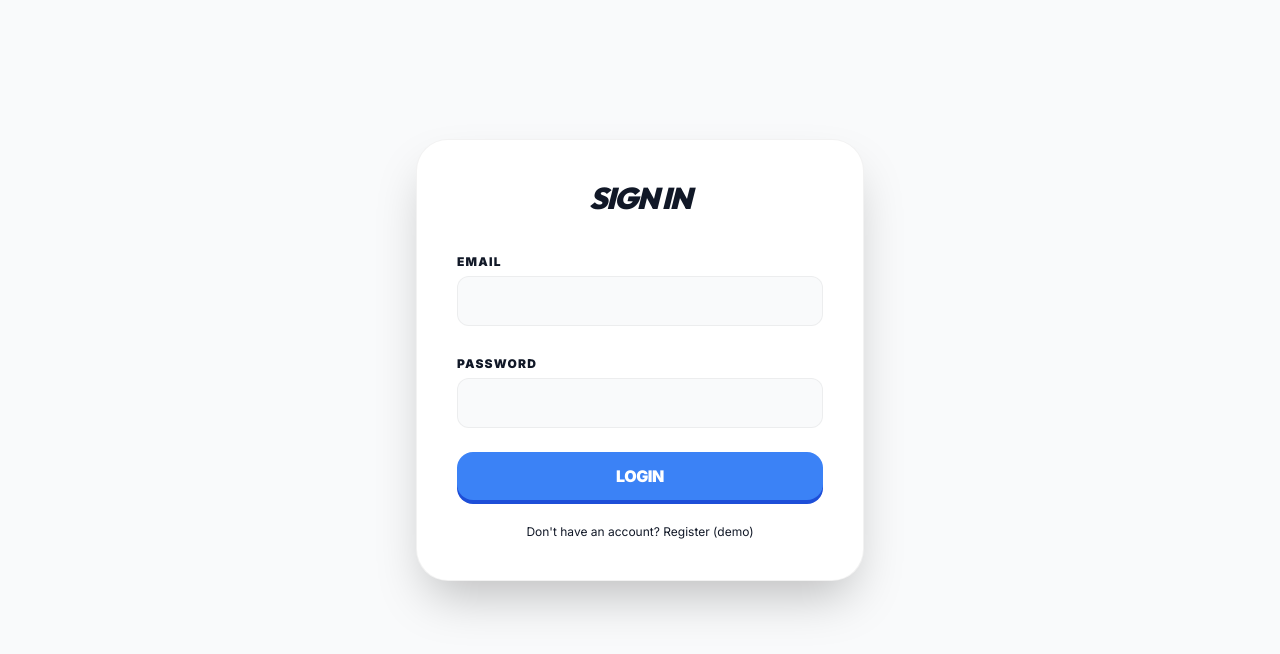
Repository: Paavo12/Localink
Page: frontend/login.html
The author's editor kept a copy of each file at every save. The page is drawn from the files as they stood at one save, then again after the next save.
The browser window is 1280 px wide. The pictures show the whole page.
Some web libraries are served in a nearby version.

Above is the page before, as saved 2026-05-21 10:48:20.

After the next save:
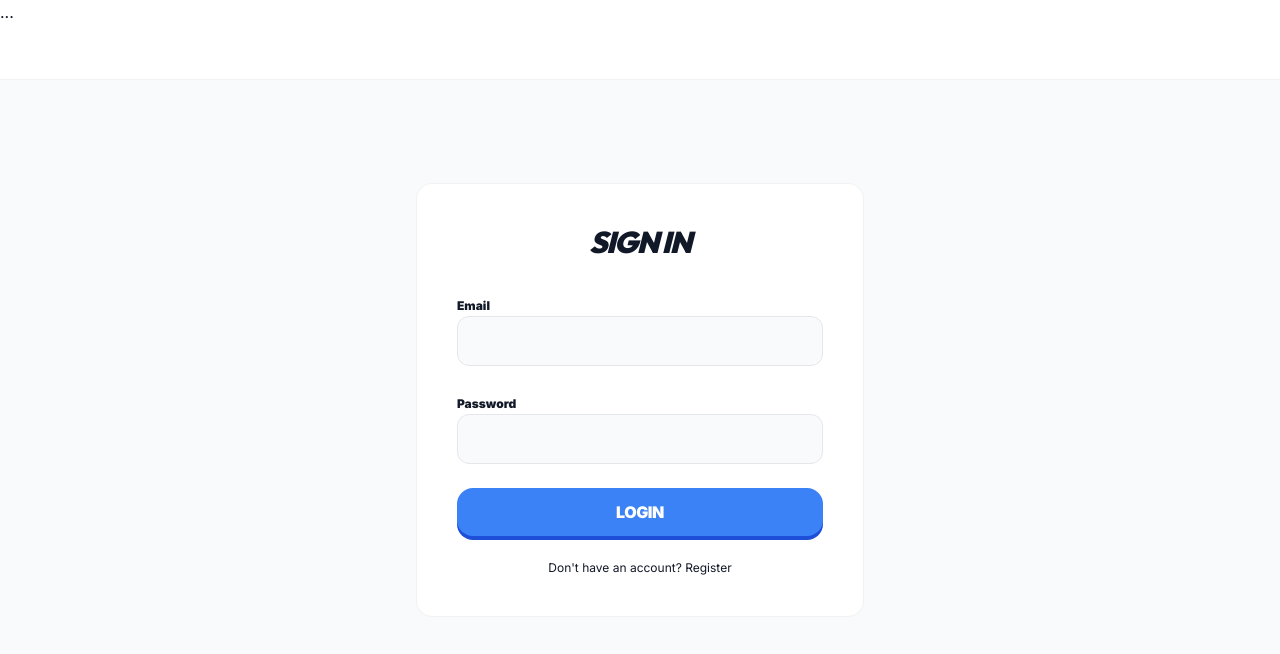
Saved 16 s later.
--- a/frontend/login.html
+++ b/frontend/login.html
@@ -2,28 +2,22 @@
 <html lang="en">
 <head>
   <meta charset="UTF-8">
-  <meta name="viewport" content="width=device-width, initial-scale=1.0">
   <title>Login – NamibConnect</title>
   <script src="https://cdn.tailwindcss.com"></script>
   <link rel="stylesheet" href="styles.css">
   <script src="script.js" defer></script>
 </head>
 <body class="bg-[var(--bg-main)] text-[var(--text-main)]">
-  <div class="min-h-screen flex items-center justify-center px-4">
-    <div class="bg-[var(--card-bg)] rounded-[2rem] border border-[var(--border-main)] shadow-2xl p-10 w-full max-w-md">
+  <nav class="fixed top-0 left-0 right-0 z-50 glass-nav h-20">...</nav>
+  <div class="min-h-screen flex items-center justify-center px-4 pt-20">
+    <div class="bg-[var(--card-bg)] rounded-2xl border border-[var(--border-main)] p-10 w-full max-w-md">
       <h1 class="text-3xl font-black uppercase italic tracking-tighter text-center mb-8">Sign In</h1>
       <form id="loginForm" class="space-y-6">
-        <div>
-          <label class="text-xs font-black uppercase tracking-widest">Email</label>
-          <input type="email" id="email" required class="w-full bg-[var(--bg-main)] border border-[var(--border-main)] rounded-xl p-3 mt-1">
-        </div>
-        <div>
-          <label class="text-xs font-black uppercase tracking-widest">Password</label>
-          <input type="password" id="password" required class="w-full bg-[var(--bg-main)] border border-[var(--border-main)] rounded-xl p-3 mt-1">
-        </div>
+        <div><label class="text-xs font-black">Email</label><input type="email" id="email" class="w-full bg-[var(--bg-main)] border rounded-xl p-3"></div>
+        <div><label class="text-xs font-black">Password</label><input type="password" id="password" class="w-full bg-[var(--bg-main)] border rounded-xl p-3"></div>
         <button type="submit" class="w-full btn-primary">Login</button>
       </form>
-      <p class="text-center text-xs mt-6">Don't have an account? <a href="register.html" class="text-accent">Register</a> (demo)</p>
+      <p class="text-center text-xs mt-6">Don't have an account? <a href="register.html" class="text-accent">Register</a></p>
     </div>
   </div>
   <script>
@@ -32,9 +26,7 @@
       const email = document.getElementById('email').value;
       const password = document.getElementById('password').value;
       const success = await login(email, password);
-      if (success) {
-        window.location.href = 'index.html';
-      }
+      if (success) window.location.href = 'index.html';
     });
   </script>
 </body>
